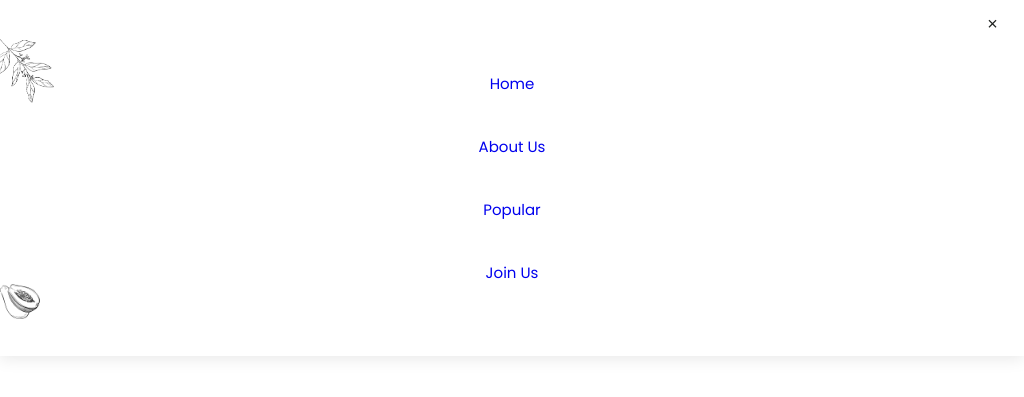
Repository: dinhhaidh/fruit
Page: index.html
The author's editor kept a copy of each file at every save. The page is drawn from the files as they stood at one save, then again after a run of saves.
The browser window is 1024 px wide. The pictures show the whole page.
Some web fonts or font styles are not loaded; a fallback is used.

Above is the page before, as saved 2024-02-18 16:24:17.
Console error: ReferenceError: ScrollReveal is not defined

After the next 3 saves:
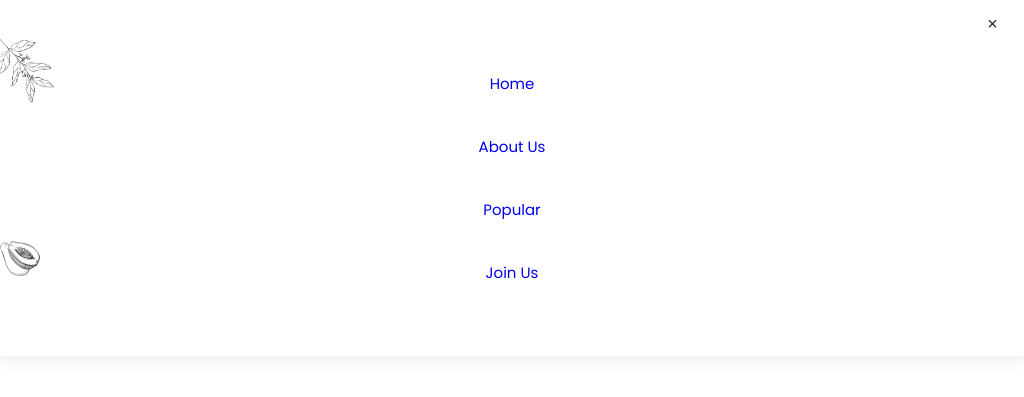
The 3 saves are shown as one change because they came seconds apart.
The last was saved 15 s later.
--- a/css/style.css
+++ b/css/style.css
@@ -212,7 +212,8 @@
     }
     .nav__img-2{
         width: 40px;
-        t
+        bottom: 5rem;
+        r-1
     }
 }
 
